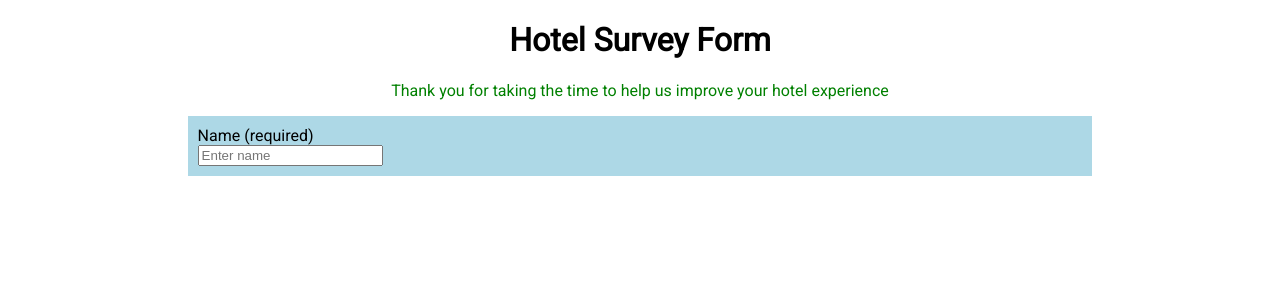
Repository: derektypist/survey-form
Page: index.html
The author's editor kept a record of every edit. The page is drawn from the files as they stood at one moment, then again after the next edit.
The browser window is 1280 px wide. The pictures show the whole page.

Above is the page before.

After the next edit:
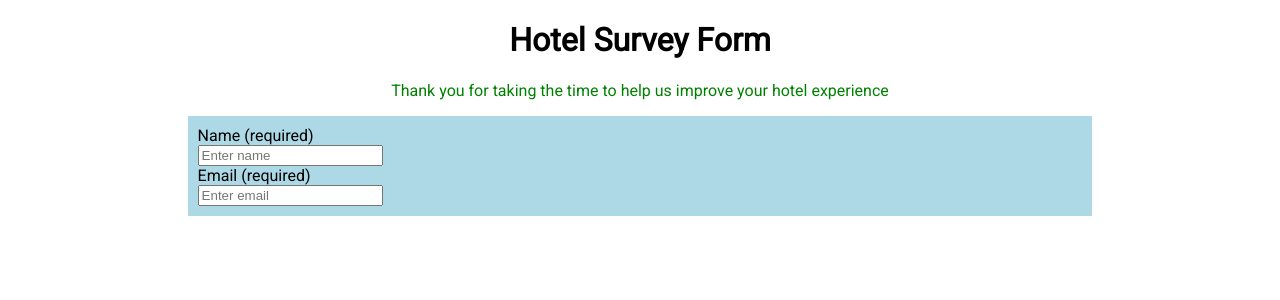
The edit:
--- a/index.html
+++ b/index.html
@@ -51,8 +51,10 @@
                 <br>
 
                 <!-- Set up Email Field -->
-                <label for="email"
+                <label for="email" id="email-label">Email (required)</label>
+                <br>
                 <input type="email" id="email" placeholder="Enter email" name="email" required />
+
             </form>
         </section>
     </main>
